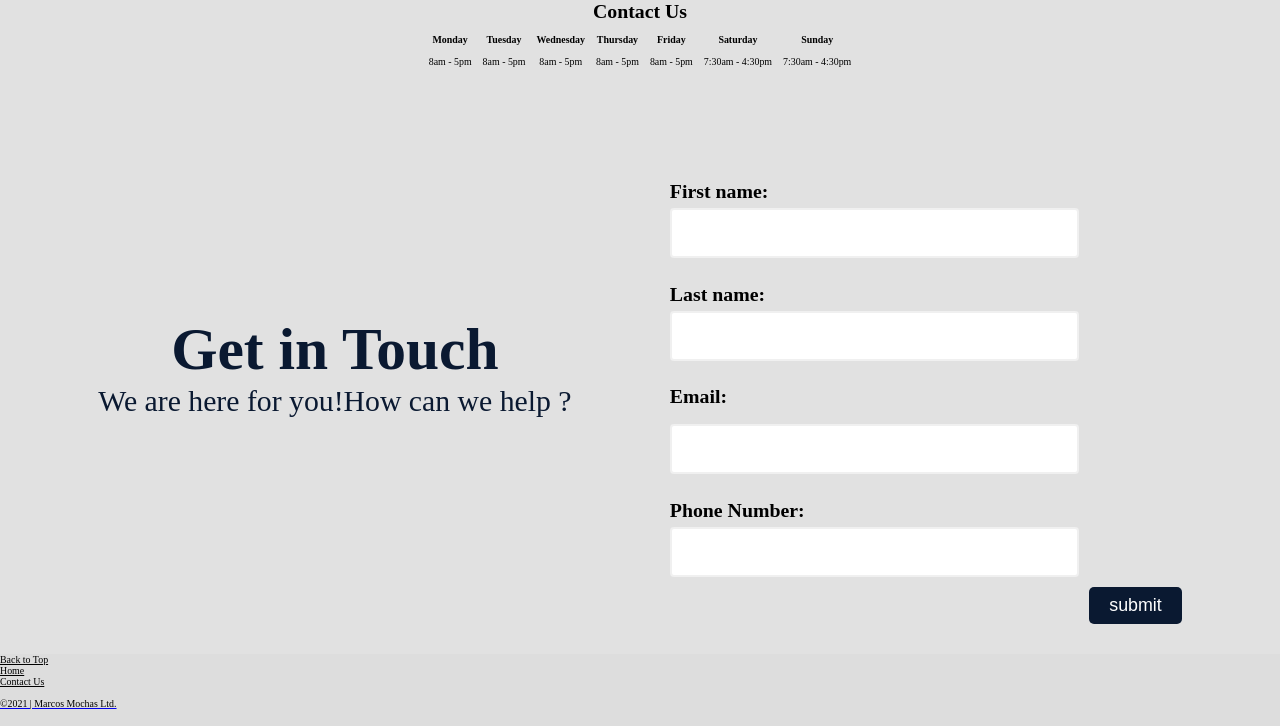
Repository: CAMPSLOPY/marcos-mochas
Page: HTML/contact.html
An editor plug-in stored every save of this project. The page is shown before and after a run of saves, followed by the edit.
The browser window is 1280 px wide. The pictures show the whole page.

Above is the page before, as saved 2021-07-02 19:17:12.

After the next 2 saves:
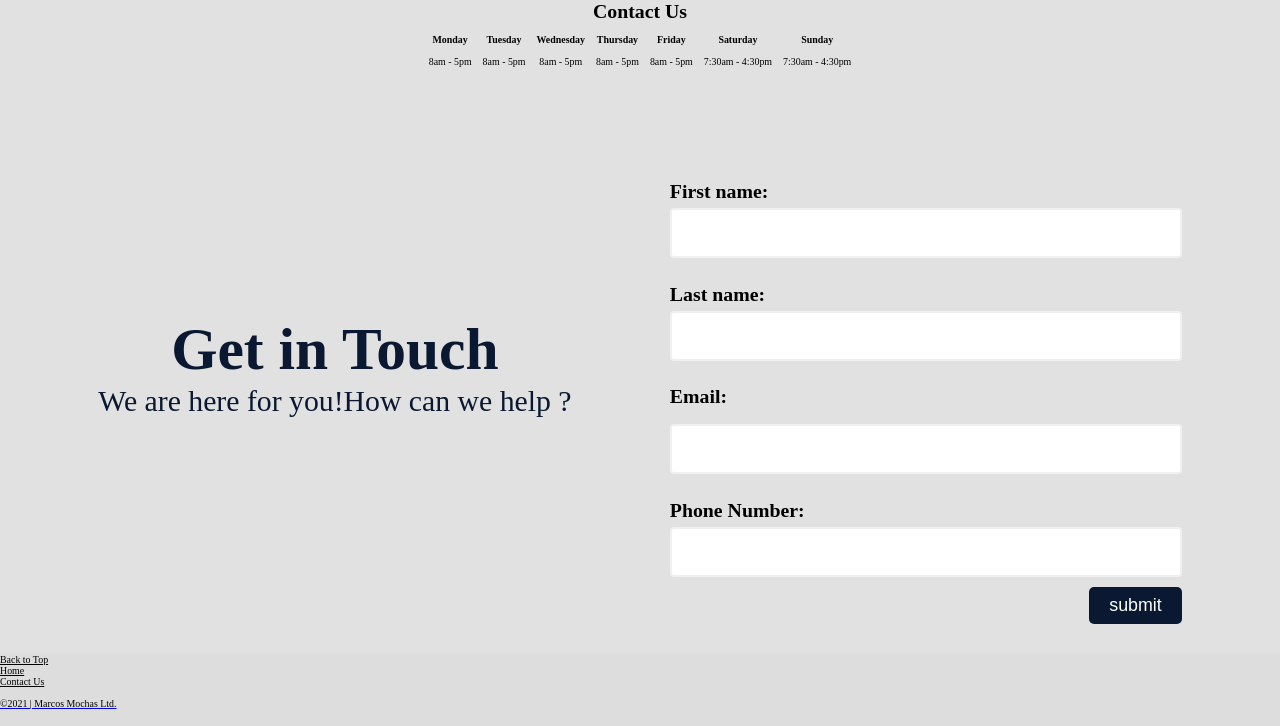
The 2 saves are shown as one change because they came seconds apart.
The last was saved 23 s later.
--- a/CSS/contact.css
+++ b/CSS/contact.css
@@ -72,8 +72,7 @@ align-items: center;
     border: 2px solid #f0f0f0;
     border-radius: 4px;
     display: block;
-    width: 80%;
-    margin: auto 0;
+    width: 100%;
     font-size: 14px;
     padding: 15px;
     outline: none;
